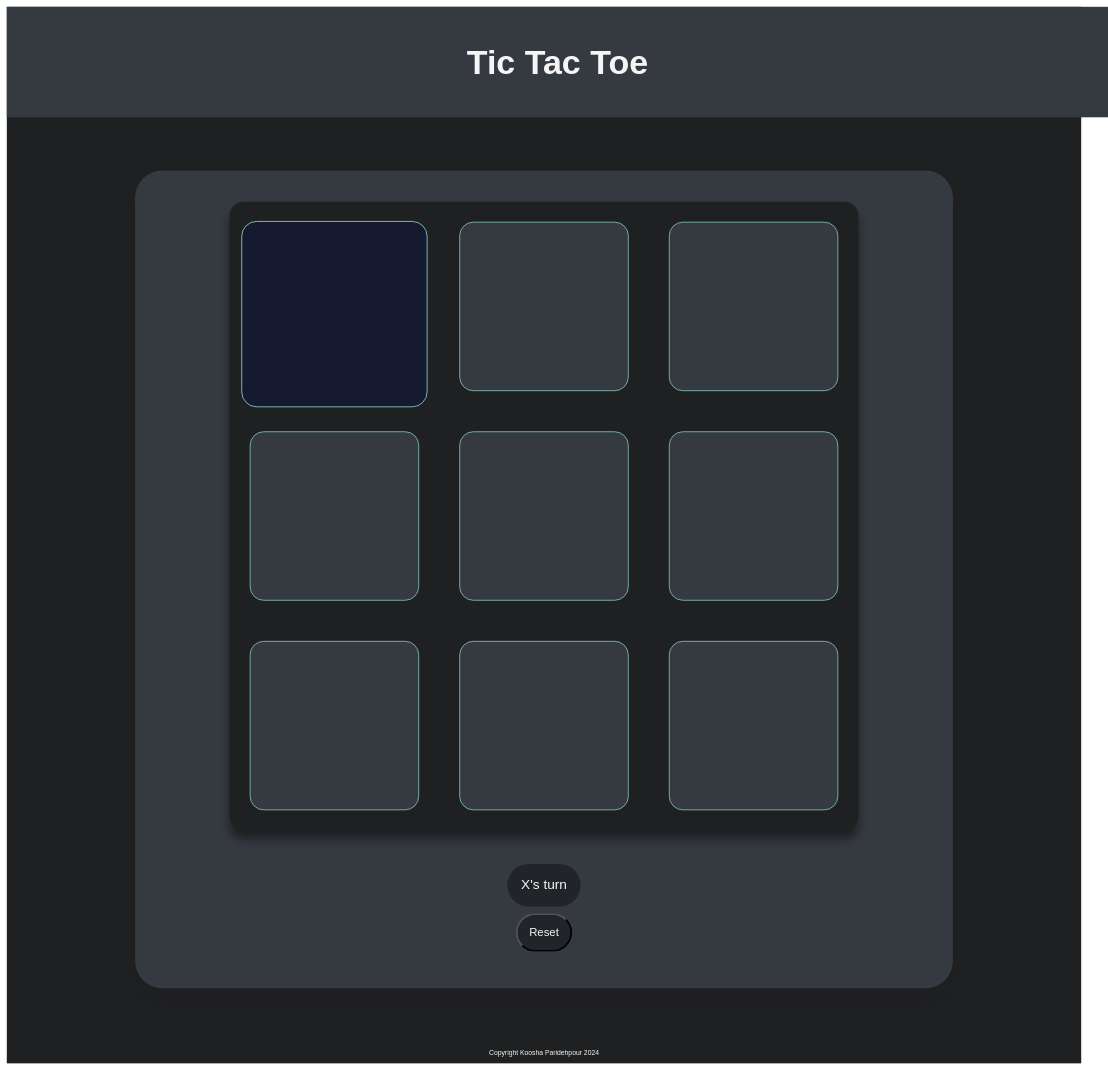
Repository: KooshaPari/odin-TTT
Page: index.html
An editor plug-in stored every save of this project. The page is shown before and after the next save, followed by the edit.
The browser window is 1280 px wide. The page is 1304 px wide, so the pictures cover 1304 px, including what lies to the right of the window. The pictures show the whole page, at 85% of full size.
The first visible `.square` is being pressed.

Above is the page before, as saved 2024-03-15 00:06:04.

### index.html
<!doctype html>
<html lang="en">
  <head>
    <meta charset="UTF-8" />

    <link rel="stylesheet" href="./style.css" />
    <meta name="viewport" content="width=device-width, initial-scale=1.0" />
    <title>Document</title>
  </head>
  <body>
    <div id="parent">
      <div id="header">
        <h1>Tic Tac Toe</h1>
      </div>
      <div id="body">
        <div id="game">
          <div id="board">
            <div class="square" id="0"></div>
            <div class="square" id="1"></div>
            <div class="square" id="2"></div>
            <div class="square" id="3"></div>
            <div class="square" id="4"></div>
            <div class="square" id="5"></div>
            <div class="square" id="6"></div>
            <div class="square" id="7"></div>
            <div class="square" id="8"></div>
          </div>
          <div id="status">X's turn</div>
          <button id="reset">Reset</button>
        </div>
      </div>
      <div id="footer">
        <p>Copyright Koosha Paridehpour 2024</p>
      </div>
    </div>
  </body>
  <script src="./lib.js"></script>
</html>

### style.css
* {
  font-family: sans-serif;
}
#parent {
  background-color: #1f2022;
  width: 100%;
  height: 100%;
}
#header {
  background-color: #353a40;
  padding: 1.25%;
  width: 100%;
  height: 100%;
}
#header h1 {
  color: #f6f5f5;

  font-size: 2.5em;
}
#footer p {
  color: #f6f5f5;
  font-size: 0.5em;
}

#header,
#footer,
#body {
  display: flex;
  align-items: center;
  justify-content: center;
}
#title {
  color: #f6f5f5;
}
#body {
  flex-direction: column;
}
#game {
  transition: 2.5s ease-in-out;
  display: flex;
  flex-direction: column;
  justify-content: center;
  align-items: center;
  background-color: #353a40;
  border-radius: 2em;
  margin: 5vw;
  box-shadow: 0px 10px 10px #1f2022;
  width: 75vw;
  height: 75vw;
  -webkit-border-radius: 2em;
  -moz-border-radius: 2em;
  -ms-border-radius: 2em;
  -o-border-radius: 2em;
  -webkit-transition: 2.5s ease-in-out;
  -moz-transition: 2.5s ease-in-out;
  -ms-transition: 2.5s ease-in-out;
  -o-transition: 2.5s ease-in-out;
}
#board {
  display: grid;
  grid-template-columns: 1fr 1fr 1fr;
  width: 75%;
  transition: 1s ease-in-out;
  height: 75%;
  background-color: #1f2022;
  border-radius: 1em;
  margin: 2em;

  align-items: center;
  justify-content: center;
  box-shadow: 0px 10px 10px #1f2022;
  -webkit-border-radius: 1em;
  -moz-border-radius: 1em;
  -ms-border-radius: 1em;
  -o-border-radius: 1em;
  -webkit-transition: 1s ease-in-out;
  -moz-transition: 1s ease-in-out;
  -ms-transition: 1s ease-in-out;
  -o-transition: 1s ease-in-out;
}
#board:hover {
  transform: scale(1.025) translate(0, -1em);
  transition: 0.5s ease-in-out;
  -webkit-transform: scale(1.025) translate(0, -1em);
  -moz-transform: scale(1.025) translate(0, -1em);
  -ms-transform: scale(1.025) translate(0, -1em);
  -o-transform: scale(1.025) translate(0, -1em);
  -webkit-transition: 0.5s ease-in-out;
  -moz-transition: 0.5s ease-in-out;
  -ms-transition: 0.5s ease-in-out;
  -o-transition: 0.5s ease-in-out;
}
#game:hover {
  transform: scale(1.05) translate(0, -0.5em);
  transition: 10s ease-in-out;
  -webkit-transform: scale(1.05) translate(0, -0.5em);
  -moz-transform: scale(1.05) translate(0, -0.5em);
  -ms-transform: scale(1.05) translate(0, -0.5em);
  -o-transform: scale(1.05) translate(0, -0.5em);
  -webkit-transition: 10s ease-in-out;
  -moz-transition: 10s ease-in-out;
  -ms-transition: 10s ease-in-out;
  -o-transition: 10s ease-in-out;
}
.square {
  transition 0.4s ease-in-out;
  justify-self: center;
  border: 0.1px solid #7ebab5;
  width: 80%;
  flex: 0;
    color:#7ebab5;
  border-radius: 1em;
  height: 80%;
  background-color: #353a40;
  text-align: center;
  justify-content: center;
  display: flex;
  cursor: pointer;
  align-items: center;
  white-space: nowrap;
}
.square p {
  font-size: 4em;
  color: #7ebab5;
  font-weight: bold;
  overflow: hidden;
  align-self: center;
  justify-self: center;
  text-align: center;
  padding: 0;
  margin: 0;
  display: inline;
}
.square:hover {
  transform: scale(1.05) translate(0, -0.5em);
  background-color: #454a50;
  transition: 0.4s ease-in-out;

}
.square:active{
  transform: scale(1.1) translate(0, 0.5em);
  background-color: #151a30;
  transition:0.2s ease-in-out;
  -webkit-transition:0.2s ease-in-out;
  -moz-transition:0.2s ease-in-out;
  -ms-transition:0.2s ease-in-out;
  -o-transition:0.2s ease-in-out;
}
#status{ padding:1em; background-color:#212529; color:#f6f5f5; border-radius:2em; margin:0.5em; margin-top: 0; }
#reset{ padding:1em; background-color:#212529; color:#f6f5f5; border-radius:2em;  margin-bottom: 1em;;}
.comAnim {

}
/* CSS code to define the animation */
@keyframes highlight {
  0% { background-color: #353a40; }
  50% { background-color: #555a60; }
  100% { background-color: #353a40; }
}
@keyframes raise {
  0% { transform: translate(0, 0); }
  50% { transform: translate(0, -0.5em); }
  100% { transform: translate(0, 0); }
}

.animationClass {
  animation: highlight 2s infinite;
  animation: raise 2s infinite;
  -webkit-animation: raise 2s ;
}

### lib.js
let board = [0, 0, 0, 0, 0, 0, 0, 0, 0]
let status = document.getElementById('status')
function playTTT(square) {
  square.textContent = 'X'
  board[square.id] = 'X'
  comPlay()

  let res = checkWin() != false
  if (res != false) {
    console.log('WIN?', res)
    if (res == 'O') {
      status.textContent = 'Computer wins'
    } else {
      status.textContent = 'You win'
    }
  }
  for (let i = 0; i < 9; i++) {
    if (board[i] == 0) {
      return
    }
  }
  status.textContent = 'Draw'
}
const squares = document.querySelectorAll('.square')
squares.forEach((square) =>
  square.addEventListener('click', () => {
    if (board[square.id] == '0') {
      playTTT(square)
    }
  })
)
function checkWin() {
  if (board[0] != '0' && board[0] === board[1] && board[1] === board[2]) {
    console.log(board[0] + ' wins')
    return board[0]
  }
  if (board[3] != '0' && board[3] === board[4] && board[4] === board[5]) {
    console.log(board[3] + ' wins')
    return board[3]
  }
  if (board[6] != '0' && board[6] === board[7] && board[7] === board[8]) {
    console.log(board[6] + ' wins')
    return board[6]
  }
  if (board[0] != '0' && board[0] === board[3] && board[3] === board[6]) {
    console.log(board[0] + ' wins')
    return board[0]
  }
  if (board[1] != '0' && board[1] === board[4] && board[4] === board[7]) {
    console.log(board[1] + ' wins')
    return board[1]
  }
  if (board[2] != '0' && board[2] === board[5] && board[5] === board[8]) {
    console.log(board[2] + ' wins')
    return board[2]
  }
  if (board[0] != '0' && board[0] === board[4] && board[4] === board[8]) {
    console.log(board[0] + ' wins')
    return board[0]
  }
  if (board[2] != '0' && board[2] === board[4] && board[4] === board[6]) {
    console.log(board[2] + ' wins')
    return board[2]
  }
  return false
}
function comPlay() {
  let com = 0
  while (board[com] != 0) {
    com = Math.floor(Math.random() * 9)
  }
  //console.log(com)
  board[com] = 'O'
  let comSq = document.getElementById(com)
  //console.log(comSq)
  comSq.textContent = 'O'
  comSq.classList.add('animationClass')
}

let reset = document.getElementById('reset')
reset.addEventListener('click', () => {
  resetBtn()
})
function resetBtn() {
  for (let i = 0; i < 9; i++) {
    board[i] = 0
  }
  squares.forEach((square) => {
    square.textContent = ''
    square.classList.remove('animationClass')
  })
  status.textContent = "X's turn"
}

After the next save:
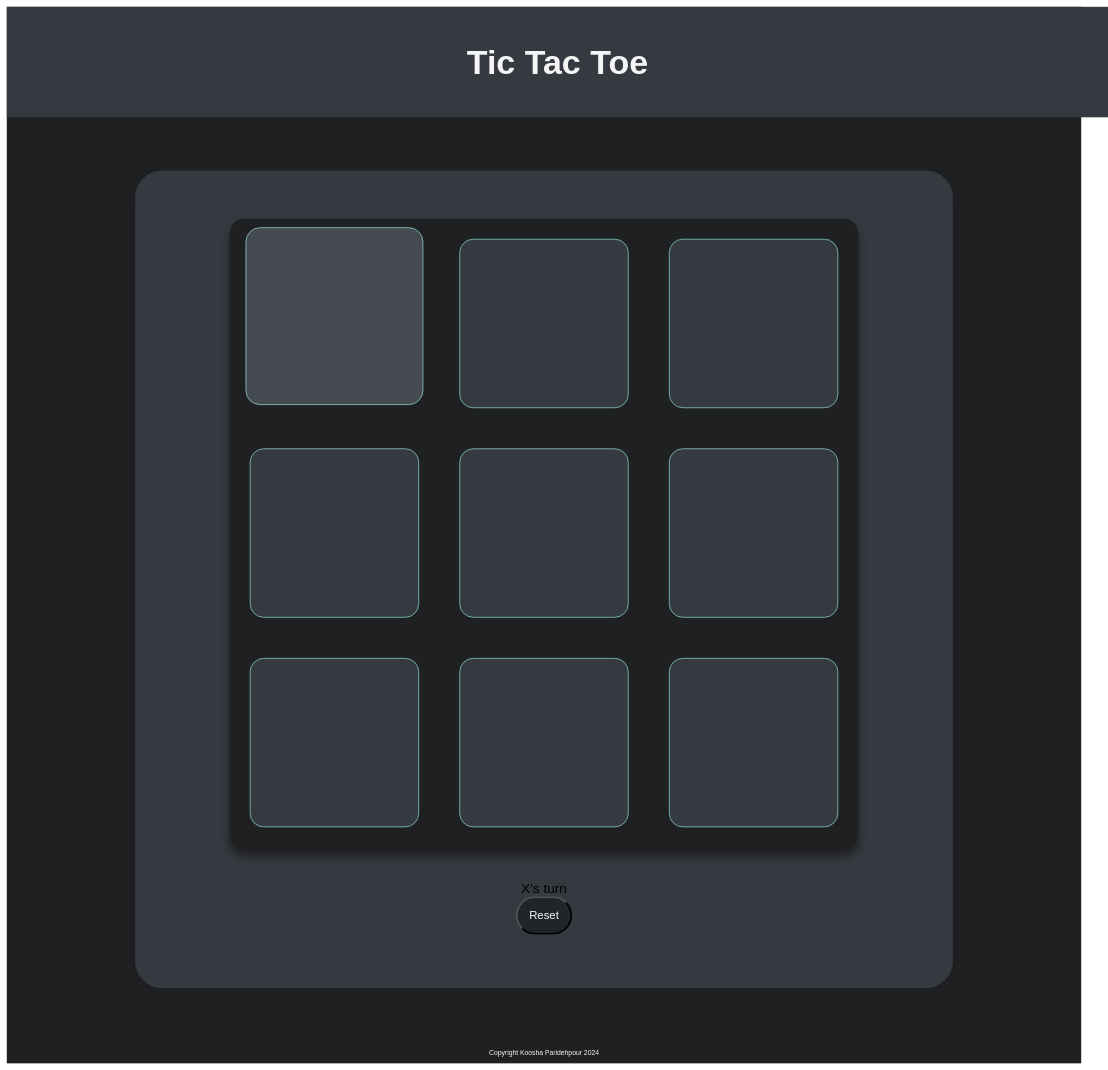
Saved 25 s later.
--- a/style.css
+++ b/style.css
@@ -137,14 +137,7 @@
   transition: 0.4s ease-in-out;
 
 }
-.square:active{
-  transform: scale(1.1) translate(0, 0.5em);
-  background-color: #151a30;
-  transition:0.2s ease-in-out;
-  -webkit-transition:0.2s ease-in-out;
-  -moz-transition:0.2s ease-in-out;
-  -ms-transition:0.2s ease-in-out;
-  -o-transition:0.2s ease-in-out;
+
 }
 #status{ padding:1em; background-color:#212529; color:#f6f5f5; border-radius:2em; margin:0.5em; margin-top: 0; }
 #reset{ padding:1em; background-color:#212529; color:#f6f5f5; border-radius:2em;  margin-bottom: 1em;;}

After the save that followed:
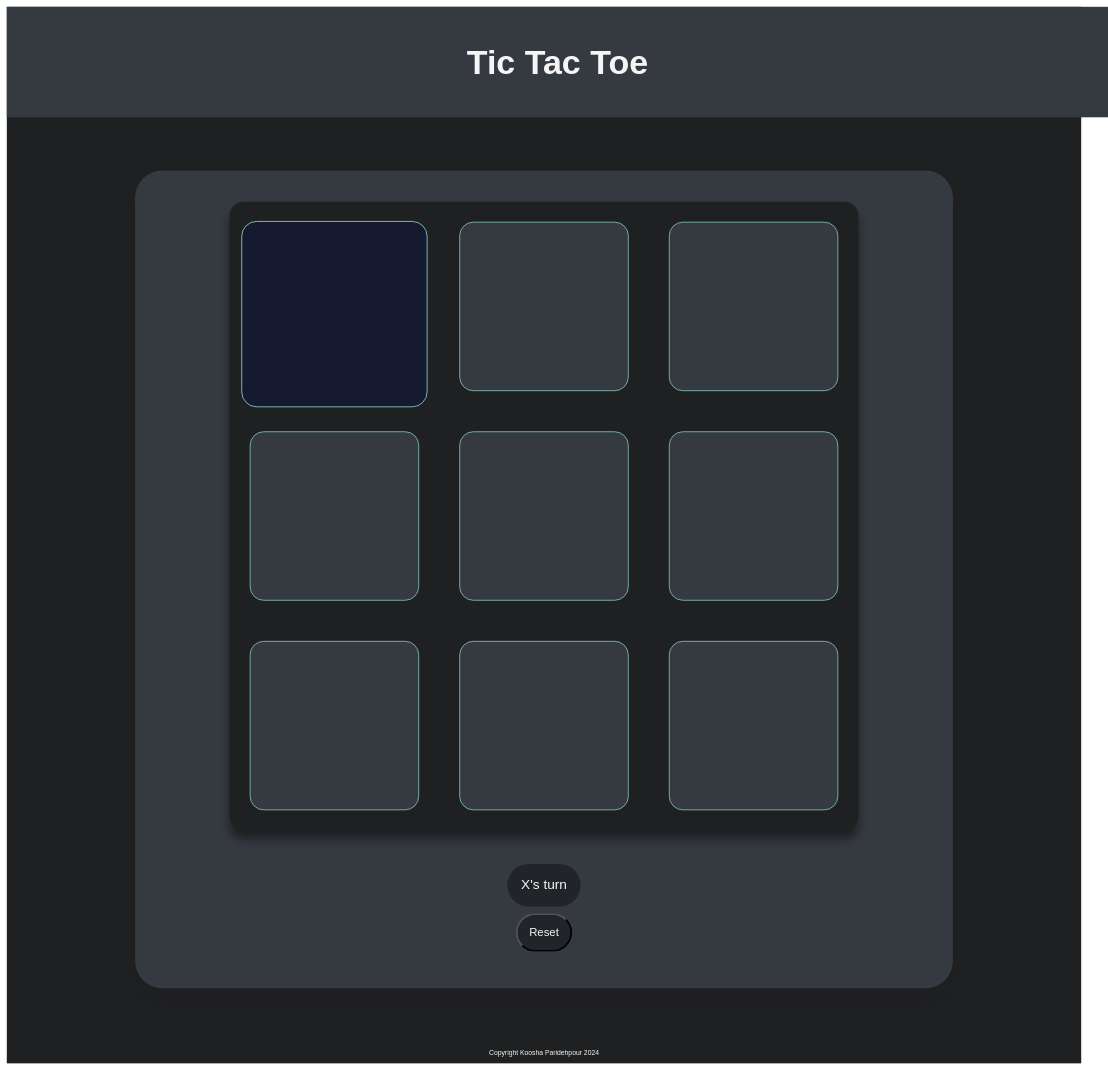
Saved 7 s later.
--- a/style.css
+++ b/style.css
@@ -137,7 +137,14 @@
   transition: 0.4s ease-in-out;
 
 }
-
+.square:active{
+  transform: scale(1.1) translate(0, 0.5em);
+  background-color: #151a30;
+  transition:0.2s ease-in-out;
+  -webkit-transition:0.2s ease-in-out;
+  -moz-transition:0.2s ease-in-out;
+  -ms-transition:0.2s ease-in-out;
+  -o-transition:0.2s ease-in-out;
 }
 #status{ padding:1em; background-color:#212529; color:#f6f5f5; border-radius:2em; margin:0.5em; margin-top: 0; }
 #reset{ padding:1em; background-color:#212529; color:#f6f5f5; border-radius:2em;  margin-bottom: 1em;;}
